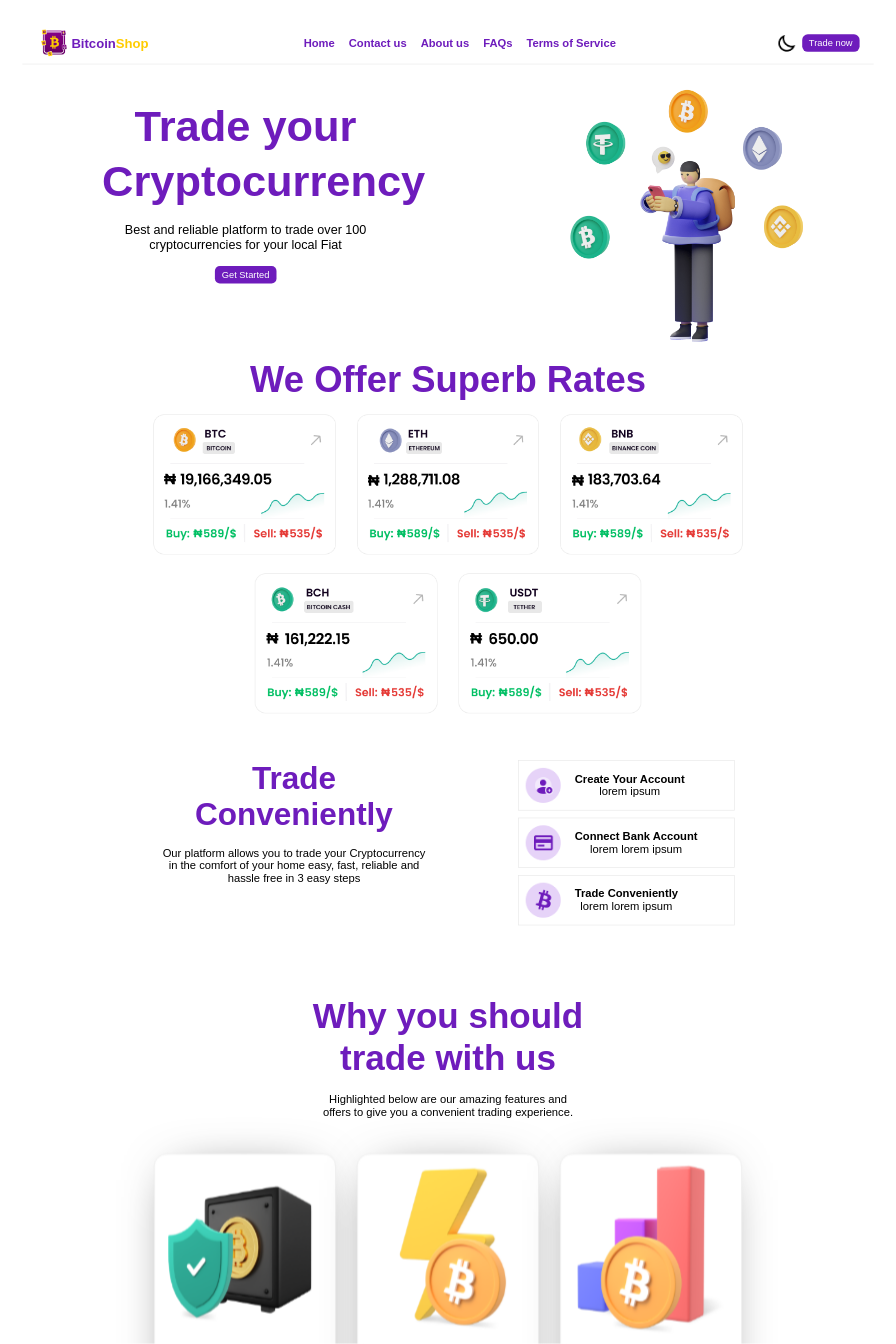
Repository: akinmiday/bitcoinshop-website
Page: /
An editor plug-in stored every save of this project. The page is shown before and after the next save, followed by the edit.
The browser window is 1280 px wide. The pictures show the part of the page from y = 0 to 1920 px (the page is 3166 px tall), at 70% of full size.
The project was rebuilt for these pictures with package versions that can differ from the ones it lists, and the page was loaded fresh each time. Also part of the build but not shown: vite.config.js.

Above is the page before, as saved 2023-07-12 06:11:50.

After the next save:
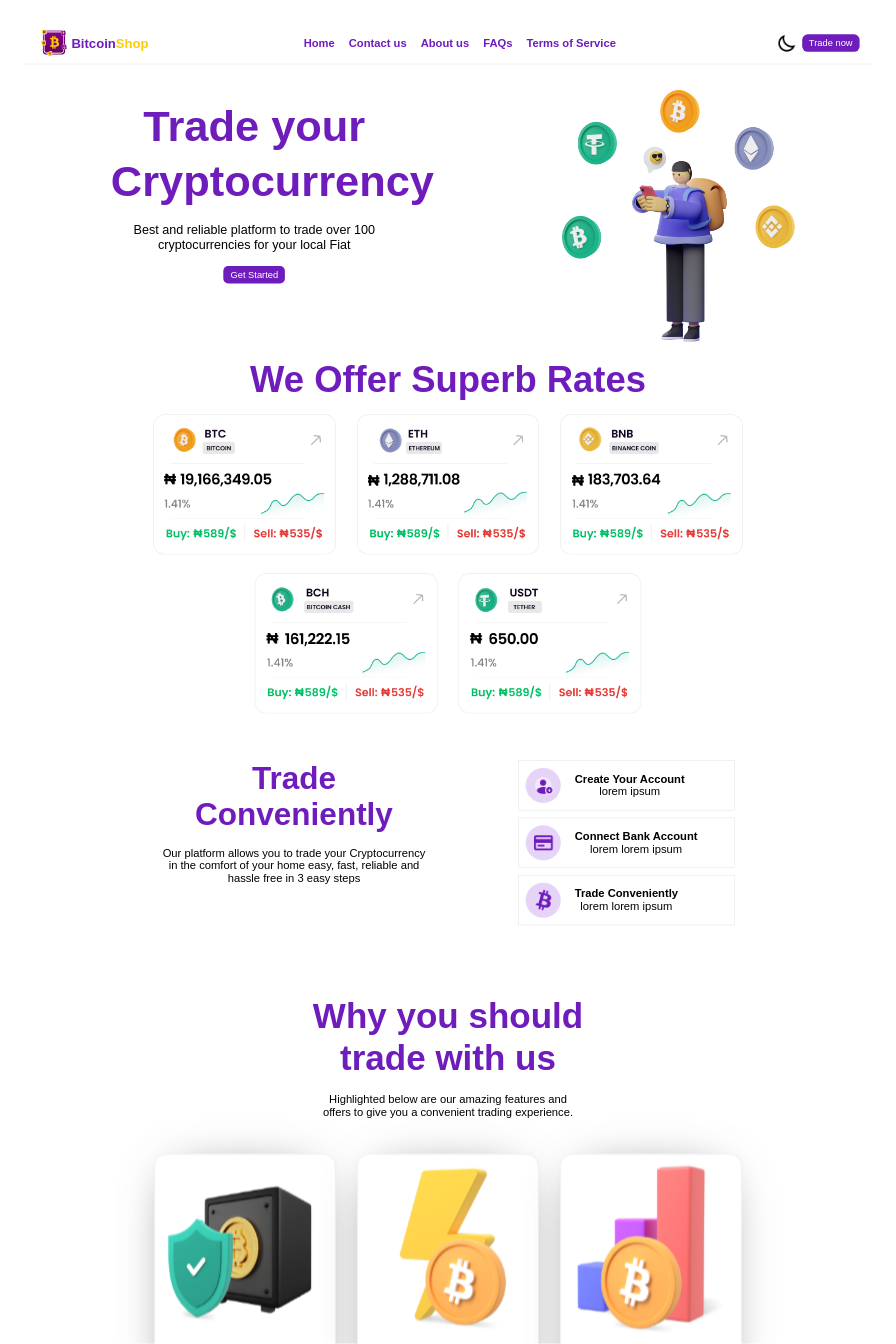
Saved 6 s later.
--- a/src/index.css
+++ b/src/index.css
@@ -82,7 +82,7 @@
     padding: 30px;
     height: 400px;
     justify-content: space-around;
-    gap: 100px;
+    gap: 50px;
 
 }
 
